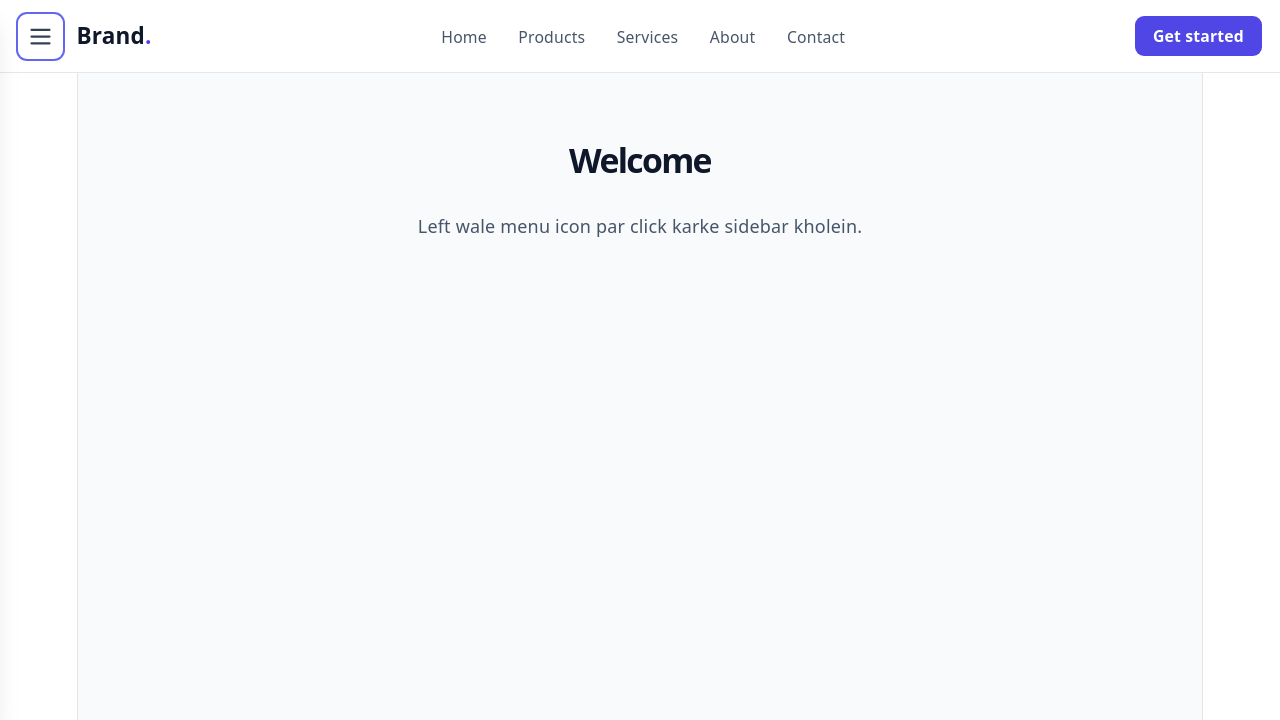
Repository: piyush-2416/Events_Handler
Page: / (app in frontend/)
These files come from the project's save history. The page is drawn as it stood at one moment and after the next save; the edit follows.
The browser window is 1280 px wide. The pictures show the whole page.
Some web libraries are served in a nearby version. The project was rebuilt for these pictures with package versions that can differ from the ones it lists, and the page was loaded fresh each time. Also part of the build but not shown: frontend/vite.config.js.

Above is the page before, as saved 2026-10-06 22:55:15.

### frontend/index.html
<!doctype html>
<html lang="en">
  <head>
    <meta charset="UTF-8" />
    <link rel="icon" type="image/svg+xml" href="/favicon.svg" />
    <meta name="viewport" content="width=device-width, initial-scale=1.0" />
    <title>frontend</title>
  </head>
  <body>
    <div id="root"></div>
        <script src="https://cdn.tailwindcss.com"></script>

    <script type="module" src="/src/main.jsx"></script>
  </body>
</html>

### frontend/src/index.css
:root {
  --text: #6b6375;
  --text-h: #08060d;
  --bg: #fff;
  --border: #e5e4e7;
  --code-bg: #f4f3ec;
  --accent: #aa3bff;
  --accent-bg: rgba(170, 59, 255, 0.1);
  --accent-border: rgba(170, 59, 255, 0.5);
  --social-bg: rgba(244, 243, 236, 0.5);
  --shadow:
    rgba(0, 0, 0, 0.1) 0 10px 15px -3px, rgba(0, 0, 0, 0.05) 0 4px 6px -2px;

  --sans: system-ui, 'Segoe UI', Roboto, sans-serif;
  --heading: system-ui, 'Segoe UI', Roboto, sans-serif;
  --mono: ui-monospace, Consolas, monospace;

  font: 18px/145% var(--sans);
  letter-spacing: 0.18px;
  color-scheme: light dark;
  color: var(--text);
  background: var(--bg);
  font-synthesis: none;
  text-rendering: optimizeLegibility;
  -webkit-font-smoothing: antialiased;
  -moz-osx-font-smoothing: grayscale;

  @media (max-width: 1024px) {
    font-size: 16px;
  }
}

@media (prefers-color-scheme: dark) {
  :root {
    --text: #9ca3af;
    --text-h: #f3f4f6;
    --bg: #16171d;
    --border: #2e303a;
    --code-bg: #1f2028;
    --accent: #c084fc;
    --accent-bg: rgba(192, 132, 252, 0.15);
    --accent-border: rgba(192, 132, 252, 0.5);
    --social-bg: rgba(47, 48, 58, 0.5);
    --shadow:
      rgba(0, 0, 0, 0.4) 0 10px 15px -3px, rgba(0, 0, 0, 0.25) 0 4px 6px -2px;
  }

  #social .button-icon {
    filter: invert(1) brightness(2);
  }
}

body {
  margin: 0;
}

#root {
  width: 1126px;
  max-width: 100%;
  margin: 0 auto;
  text-align: center;
  border-inline: 1px solid var(--border);
  min-height: 100svh;
  display: flex;
  flex-direction: column;
  box-sizing: border-box;
}

h1,
h2 {
  font-family: var(--heading);
  font-weight: 500;
  color: var(--text-h);
}

h1 {
  font-size: 56px;
  letter-spacing: -1.68px;
  margin: 32px 0;
  @media (max-width: 1024px) {
    font-size: 36px;
    margin: 20px 0;
  }
}
h2 {
  font-size: 24px;
  line-height: 118%;
  letter-spacing: -0.24px;
  margin: 0 0 8px;
  @media (max-width: 1024px) {
    font-size: 20px;
  }
}
p {
  margin: 0;
}

code,
.counter {
  font-family: var(--mono);
  display: inline-flex;
  border-radius: 4px;
  color: var(--text-h);
}

code {
  font-size: 15px;
  line-height: 135%;
  padding: 4px 8px;
  background: var(--code-bg);
}

### frontend/src/App.jsx
import { useEffect, useRef, useState } from "react";

const links = [
  { label: "Home", href: "#home" },
  { label: "Products", href: "#products" },
  { label: "Services", href: "#services" },
  { label: "About", href: "#about" },
  { label: "Contact", href: "#contact" },
];

export default function App() {
  const [open, setOpen] = useState(false);
  const sidebarRef = useRef(null);
  const toggleBtnRef = useRef(null);

  // Open hone par focus sidebar par, close hone par wapas button par
  useEffect(() => {
    if (open) {
      sidebarRef.current?.focus();
      document.body.style.overflow = "hidden"; // peeche ka scroll band
    } else {
      document.body.style.overflow = "";
      toggleBtnRef.current?.focus();
    }
    return () => {
      document.body.style.overflow = "";
    };
  }, [open]);

  // Esc dabane par close + Tab sidebar ke andar hi ghumega (focus trap)
  useEffect(() => {
    if (!open) return;
    const onKey = (e) => {
      if (e.key === "Escape") setOpen(false);
      if (e.key === "Tab" && sidebarRef.current) {
        const items = sidebarRef.current.querySelectorAll("a, button");
        if (!items.length) return;
        const first = items[0];
        const last = items[items.length - 1];
        if (e.shiftKey && document.activeElement === first) {
          e.preventDefault();
          last.focus();
        } else if (!e.shiftKey && document.activeElement === last) {
          e.preventDefault();
          first.focus();
        }
      }
    };
    document.addEventListener("keydown", onKey);
    return () => document.removeEventListener("keydown", onKey);
  }, [open]);

  return (
    <>
      {/* NAVBAR */}
      <header className="top-0 z-30 fixed inset-x-0 bg-white/90 backdrop-blur border-slate-200 border-b">
        <nav className="flex justify-between items-center mx-auto px-4 max-w-6xl h-16">
          <div className="flex items-center gap-3">
            <button
              ref={toggleBtnRef}
              onClick={() => setOpen(true)}
              aria-label="Open menu"
              aria-expanded={open}
              aria-controls="sidebar"
              className="hover:bg-slate-100 p-2 rounded-lg focus:outline-none focus-visible:ring-2 focus-visible:ring-indigo-500 text-slate-700"
            >
              <svg className="w-6 h-6" fill="none" stroke="currentColor" strokeWidth="2" viewBox="0 0 24 24">
                <path strokeLinecap="round" d="M4 6h16M4 12h16M4 18h16" />
              </svg>
            </button>
            <a href="#home" className="font-bold text-slate-900 text-xl">
              Brand<span className="text-indigo-600">.</span>
            </a>
          </div>

          {/* Desktop links */}
          <ul className="hidden md:flex items-center gap-1">
            {links.map((l) => (
              <li key={l.href}>
                <a
                  href={l.href}
                  className="hover:bg-slate-100 px-3 py-2 rounded-lg font-medium text-slate-600 hover:text-slate-900 text-sm"
                >
                  {l.label}
                </a>
              </li>
            ))}
          </ul>

          <a
            href="#contact"
            className="bg-indigo-600 hover:bg-indigo-700 px-4 py-2 rounded-lg font-semibold text-white text-sm"
          >
            Get started
          </a>
        </nav>
      </header>

      {/* OVERLAY */}
      <div
        onClick={() => setOpen(false)}
        aria-hidden="true"
        className={`fixed inset-0 z-40 bg-slate-900/40 transition-opacity duration-300 ${
          open ? "opacity-100" : "pointer-events-none opacity-0"
        }`}
      />

      {/* SIDEBAR */}
      <aside
        id="sidebar"
        ref={sidebarRef}
        tabIndex={-1}
        role="dialog"
        aria-modal="true"
        aria-label="Sidebar menu"
        // inert: close hone par andar ke links tab se bhi focus nahi honge
        {...(!open && { inert: "" })}
        className={`fixed inset-y-0 left-0 z-50 flex w-72 max-w-[85%] flex-col bg-white shadow-xl outline-none transition-transform duration-300 ease-in-out ${
          open ? "translate-x-0" : "-translate-x-full"
        }`}
      >
        <div className="flex justify-between items-center px-4 border-slate-200 border-b h-16">
          <span className="font-bold text-slate-900 text-lg">
            Brand<span className="text-indigo-600">.</span>
          </span>
          <button
            onClick={() => setOpen(false)}
            aria-label="Close menu"
            className="hover:bg-slate-100 p-2 rounded-lg focus:outline-none focus-visible:ring-2 focus-visible:ring-indigo-500 text-slate-600"
          >
            <svg className="w-6 h-6" fill="none" stroke="currentColor" strokeWidth="2" viewBox="0 0 24 24">
              <path strokeLinecap="round" d="M6 6l12 12M18 6L6 18" />
            </svg>
          </button>
        </div>

        <ul className="flex-1 space-y-1 p-3 overflow-y-auto">
          {links.map((l) => (
            <li key={l.href}>
              <a
                href={l.href}
                onClick={() => setOpen(false)}
                className="block hover:bg-indigo-50 focus:bg-indigo-50 px-3 py-2.5 rounded-lg focus:outline-none font-medium text-slate-700 hover:text-indigo-700 focus:text-indigo-700 text-sm"
              >
                {l.label}
              </a>
            </li>
          ))}
        </ul>

        <div className="p-4 border-slate-200 border-t">
          <a
            href="#contact"
            onClick={() => setOpen(false)}
            className="block bg-indigo-600 hover:bg-indigo-700 py-2.5 rounded-lg font-semibold text-white text-sm text-center"
          >
            Get started
          </a>
        </div>
      </aside>

      {/* Demo content (apne page se replace karein) */}
      <main className="bg-slate-50 px-4 pt-24 min-h-screen">
        <div className="mx-auto max-w-6xl">
          <h1 className="font-bold text-slate-900 text-3xl">Welcome</h1>
          <p className="mt-2 text-slate-600">Left wale menu icon par click karke sidebar kholein.</p>
        </div>
      </main>
    </>
  );
}

Loaded but not shown: frontend/src/main.jsx (common file)

After the next save:
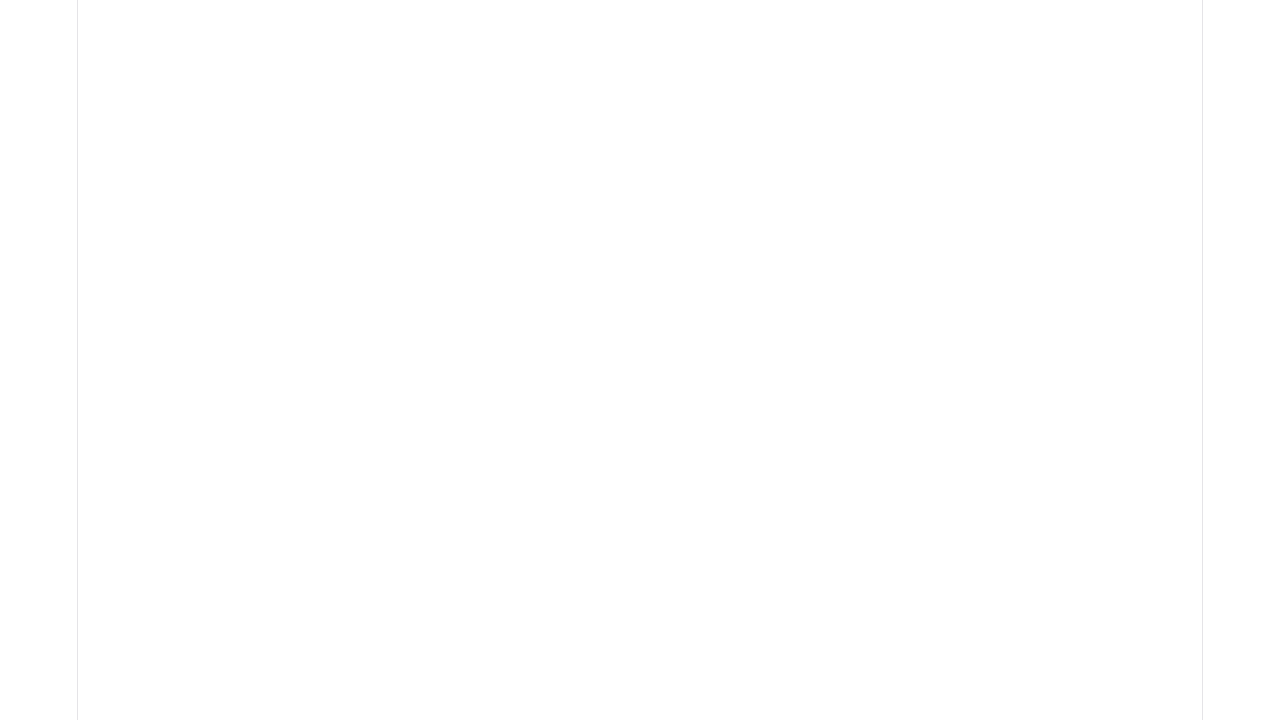
Console error: ReferenceError: links is not defined
Saved 37 s later.
--- a/frontend/src/App.jsx
+++ b/frontend/src/App.jsx
@@ -1,12 +1,5 @@
 import { useEffect, useRef, useState } from "react";
 
-const links = [
-  { label: "Home", href: "#home" },
-  { label: "Products", href: "#products" },
-  { label: "Services", href: "#services" },
-  { label: "About", href: "#about" },
-  { label: "Contact", href: "#contact" },
-];
 
 export default function App() {
   const [open, setOpen] = useState(false);

After the save that followed:
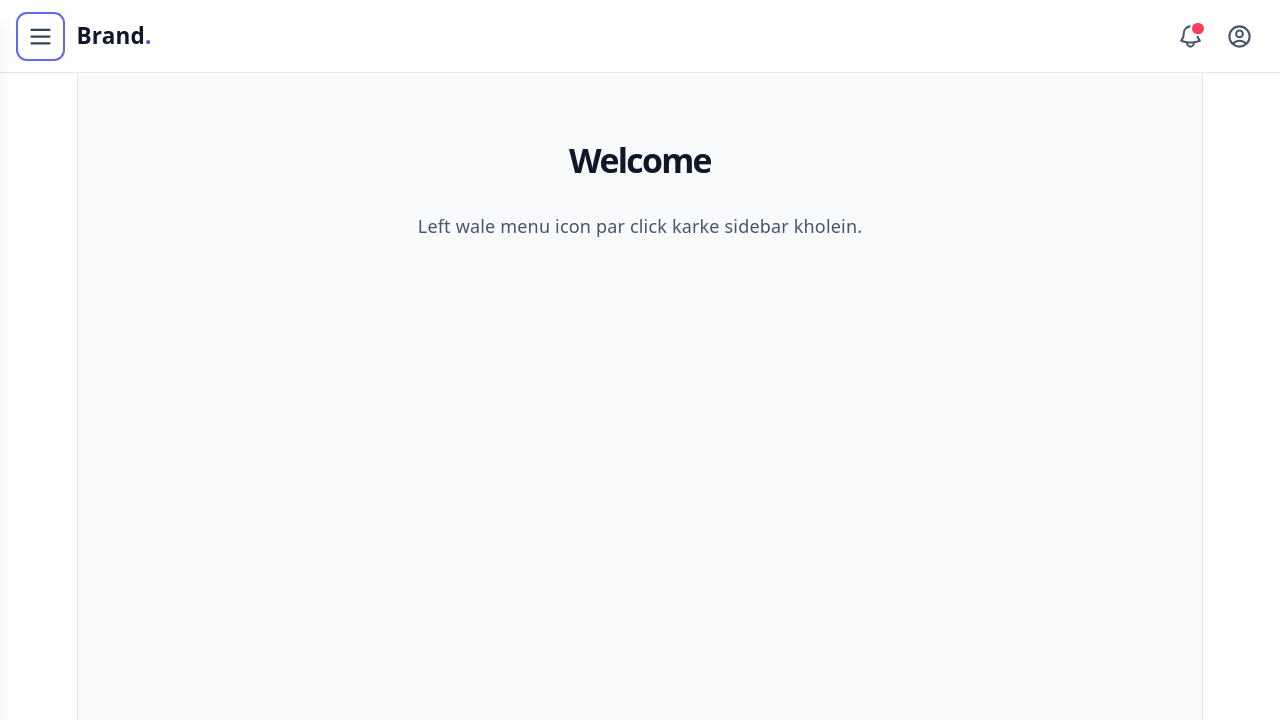
The error is gone.
Saved 111 s later.
--- a/frontend/src/App.jsx
+++ b/frontend/src/App.jsx
@@ -1,5 +1,12 @@
 import { useEffect, useRef, useState } from "react";
 
+const links = [
+  { label: "Home", href: "#home" },
+  { label: "Products", href: "#products" },
+  { label: "Services", href: "#services" },
+  { label: "About", href: "#about" },
+  { label: "Contact", href: "#contact" },
+];
 
 export default function App() {
   const [open, setOpen] = useState(false);
@@ -66,26 +73,36 @@
             </a>
           </div>
 
-          {/* Desktop links */}
-          <ul className="hidden md:flex items-center gap-1">
-            {links.map((l) => (
-              <li key={l.href}>
-                <a
-                  href={l.href}
-                  className="hover:bg-slate-100 px-3 py-2 rounded-lg font-medium text-slate-600 hover:text-slate-900 text-sm"
-                >
-                  {l.label}
-                </a>
-              </li>
-            ))}
-          </ul>
+          {/* Right side: notification bell + user icon */}
+          <div className="flex items-center gap-1">
+            <button
+              aria-label="Notifications"
+              className="relative hover:bg-slate-100 p-2 rounded-full focus:outline-none focus-visible:ring-2 focus-visible:ring-indigo-500 text-slate-600"
+            >
+              <svg className="w-6 h-6" fill="none" stroke="currentColor" strokeWidth="1.8" viewBox="0 0 24 24">
+                <path
+                  strokeLinecap="round"
+                  strokeLinejoin="round"
+                  d="M14.857 17.082a23.848 23.848 0 0 0 5.454-1.31A8.967 8.967 0 0 1 18 9.75V9A6 6 0 0 0 6 9v.75a8.967 8.967 0 0 1-2.312 6.022c1.733.64 3.56 1.085 5.455 1.31m5.714 0a24.255 24.255 0 0 1-5.714 0m5.714 0a3 3 0 1 1-5.714 0"
+                />
+              </svg>
+              {/* Unread dot: hatana ho to is span ko delete kar dein */}
+              <span className="top-2 right-2 absolute bg-rose-500 rounded-full ring-2 ring-white w-2.5 h-2.5" />
+            </button>
 
-          <a
-            href="#contact"
-            className="bg-indigo-600 hover:bg-indigo-700 px-4 py-2 rounded-lg font-semibold text-white text-sm"
-          >
-            Get started
-          </a>
+            <button
+              aria-label="User profile"
+              className="hover:bg-slate-100 p-2 rounded-full focus:outline-none focus-visible:ring-2 focus-visible:ring-indigo-500 text-slate-600"
+            >
+              <svg className="w-6 h-6" fill="none" stroke="currentColor" strokeWidth="1.8" viewBox="0 0 24 24">
+                <path
+                  strokeLinecap="round"
+                  strokeLinejoin="round"
+                  d="M17.982 18.725A7.488 7.488 0 0 0 12 15.75a7.488 7.488 0 0 0-5.982 2.975m11.963 0a9 9 0 1 0-11.963 0m11.963 0A8.966 8.966 0 0 1 12 21a8.966 8.966 0 0 1-5.982-2.275M15 9.75a3 3 0 1 1-6 0 3 3 0 0 1 6 0Z"
+                />
+              </svg>
+            </button>
+          </div>
         </nav>
       </header>
 
